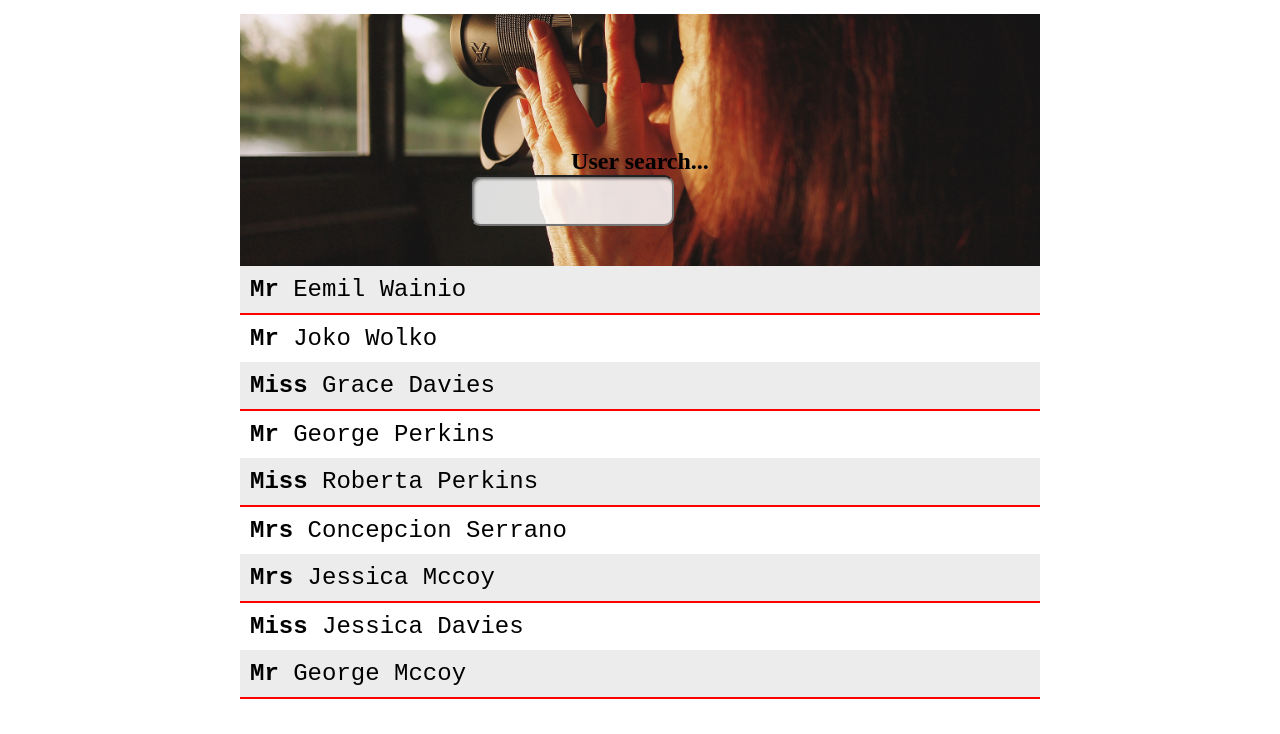
Repository: KrzysKolo/sr_tydzien5_zad4
Page: /
An editor plug-in stored every save of this project. The page is shown before and after the next save, followed by the edit.
The browser window is 1280 px wide. The pictures show the whole page.
The project was rebuilt for these pictures with package versions that can differ from the ones it lists, and the page was loaded fresh each time.

Above is the page before, as saved 2021-01-03 05:38:04.

### public/index.html
<!DOCTYPE html>
<html lang="en">
  <head>
    <meta charset="utf-8" />
    <link rel="icon" href="%PUBLIC_URL%/favicon.ico" />
    <meta name="viewport" content="width=device-width, initial-scale=1" />
    <meta name="theme-color" content="#000000" />
    <meta
      name="description"
      content="Web site created using create-react-app"
    />
    <link rel="apple-touch-icon" href="%PUBLIC_URL%/logo192.png" />
    <!--
      manifest.json provides metadata used when your web app is installed on a
      user's mobile device or desktop. See https://developers.google.com/web/fundamentals/web-app-manifest/
    -->
    <link rel="manifest" href="%PUBLIC_URL%/manifest.json" />
    <!--
      Notice the use of %PUBLIC_URL% in the tags above.
      It will be replaced with the URL of the `public` folder during the build.
      Only files inside the `public` folder can be referenced from the HTML.

      Unlike "/favicon.ico" or "favicon.ico", "%PUBLIC_URL%/favicon.ico" will
      work correctly both with client-side routing and a non-root public URL.
      Learn how to configure a non-root public URL by running `npm run build`.
    -->
    <title>User search</title>
  </head>
  <body>
    <noscript>You need to enable JavaScript to run this app.</noscript>
    <div id="root"></div>
    <!--
      This HTML file is a template.
      If you open it directly in the browser, you will see an empty page.

      You can add webfonts, meta tags, or analytics to this file.
      The build step will place the bundled scripts into the <body> tag.

      To begin the development, run `npm start` or `yarn start`.
      To create a production bundle, use `npm run build` or `yarn build`.
    -->
  </body>
</html>

### src/App.js
import React from 'react';
import UsersContainer from './components/UsersContainer';
import Header from './components/Header';
import './App.css';


const App = () => {

  return (
    <section>
      <Header />
      <UsersContainer/>
    </section>
  )
}

export default App;

### src/components/UsersContainer.js
import React, { useState, useEffect } from 'react';


const UsersContainer = () => {

  const UsersAPI = '/users.json';

  const [ users, setUsers ] = useState([]);

  useEffect(() => {

    fetch(UsersAPI)
      .then(res => res.json())
      .then(data => {
        console.log(data.users);
        setUsers(data.users);
      })
    }, []);

    const user = users.map(user => (
      <li className="user" key={user.id}><b>{user.title}</b> {user.first} {user.last}</li>
    ))
    return (
        <ul>
					{user}
        </ul>
    )
}

export default UsersContainer;

### src/components/Header.js
import React from 'react';

const Header = () => {
    return (
        <div className="header__section">
            <h1>User search...</h1>
            <div className="header__search-wrapper">
                <input className="header__search" type="text" />
            </div>
        </div>
    )
}

export default Header;

### src/App.css
* {
  box-sizing: border-box;
  padding: 0;
  margin: 0;
}
body {
  height: 100vh;
  width: 100vw;
}
section {
  margin: 2vh auto;
  width: 70%;
  max-width: 800px;
  display: flex;
  flex-direction: column;
}
.header__section {
  height: 35vh;
  background-image: url("./images/girl.jpg");
  background-position: center;
  background-size: cover;
  display: flex;
  flex-direction: column;
  justify-content: flex-end;
  align-items: center;
}
.header__search {
  padding: 10px 20px;
  margin-bottom: 40px;
  width: 60%;
  border-radius: 10px;
  background-color: rgba(255, 255, 255, 0.85);
  box-shadow: inset 2px 2px 3px 0px rgba(0, 0, 0, 0.55);
  font-size: 23px;
}
.user {
  font-size: 1.5rem;
  font-family: "Courier New", Courier, monospace;
  padding: 10px;
  list-style: none;
}
.user:nth-child(odd) {
  background: #ececec;
  border-bottom: 2px solid red;
}

### public/users.json
{
    "users": [
      {
        "id": 1,
        "title": "Mr",
        "first": "Eemil",
        "last": "Wainio"
       },
      {
        "id": 2,
        "title": "Mr",
        "first": "Joko",
        "last": "Wolko"
      },
      {
        "id": 3,
        "title": "Miss",
        "first": "Grace",
        "last": "Davies"
      },
      {
        "id": 4,
        "title": "Mr ",
        "first": "George ",
        "last": "Perkins"
      },
      {
        "id": 5,
        "title": "Miss",
        "first": "Roberta ",
        "last": "Perkins"
      },
      {
        "id": 6,
        "title": "Mrs ",
        "first": "Concepcion ",
        "last": "Serrano"
      },
      {
        "id": 7,
        "title": "Mrs ",
        "first": "Jessica ",
        "last": "Mccoy"
      },
      {
        "id": 8,
        "title": "Miss",
        "first": "Jessica",
        "last": "Davies"
      },
      {
        "id": 9,
        "title": "Mr",
        "first": "George",
        "last": "Mccoy"
      }
    ]
  }

Loaded but not shown: src/index.js (common file)

After the next save:
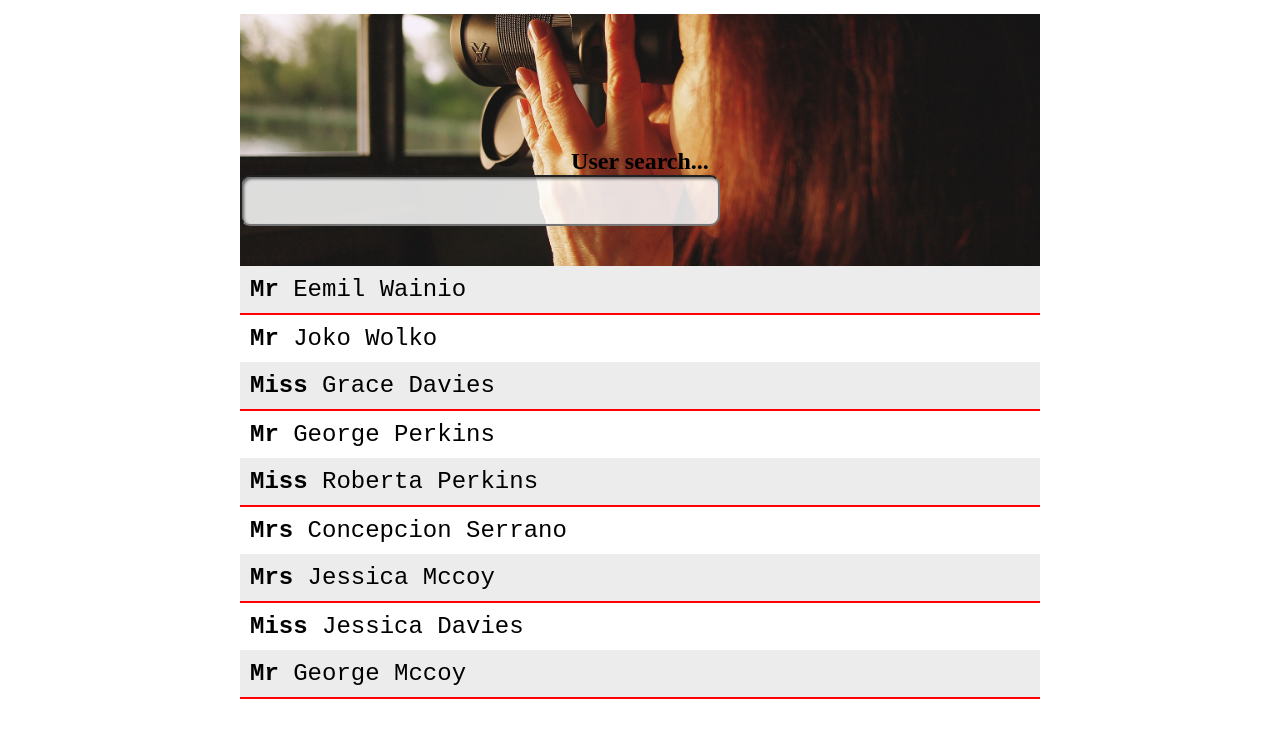
Saved 21 s later.
--- a/src/App.css
+++ b/src/App.css
@@ -24,6 +24,9 @@ section {
   justify-content: flex-end;
   align-items: center;
 }
+.header__search-wrapper {
+  width: 100%;
+}
 .header__search {
   padding: 10px 20px;
   margin-bottom: 40px;
